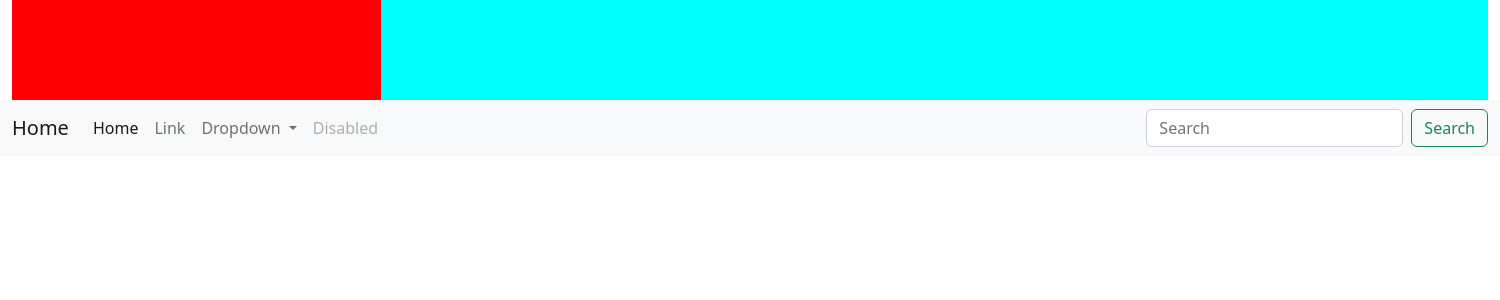
Repository: nguyenhung50497/MD2_bootstrap
Page: BT_giaoDienWeb/index.html
The author's editor kept a copy of each file at every save. The page is drawn from the files as they stood at one save, then again after the next save.
The browser window is 1280 px wide. The page is 1500 px wide, so the pictures cover 1500 px, including what lies to the right of the window. The pictures show the whole page.

Above is the page before, as saved 2022-11-30 13:46:34.

After the next save:
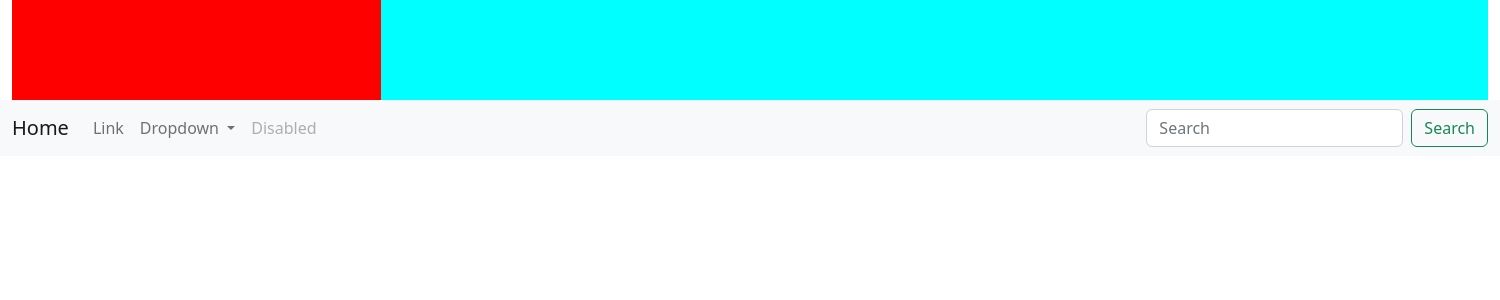
Saved 13 s later.
--- a/BT_giaoDienWeb/index.html
+++ b/BT_giaoDienWeb/index.html
@@ -38,9 +38,6 @@
           <div class="collapse navbar-collapse" id="navbarSupportedContent">
             <ul class="navbar-nav me-auto mb-2 mb-lg-0">
               <li class="nav-item">
-                <a class="nav-link active" aria-current="page" href="#">Home</a>
-              </li>
-              <li class="nav-item">
                 <a class="nav-link" href="#">Link</a>
               </li>
               <li class="nav-item dropdown">
